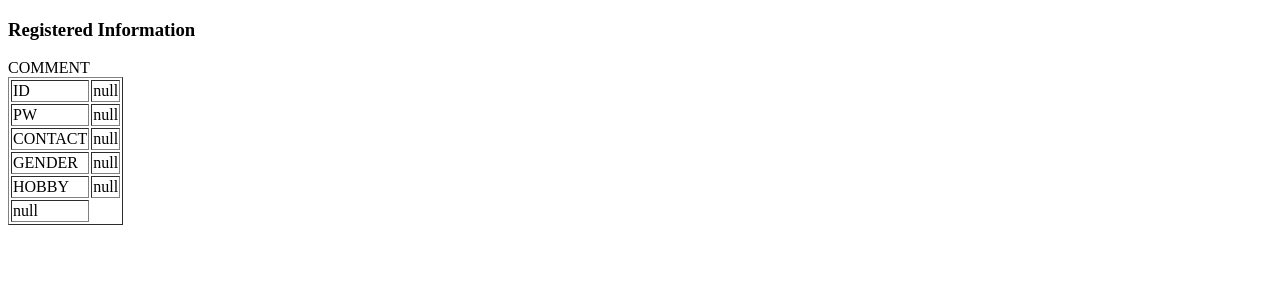
Repository: yeobleeme/06_jsp_basic
Page: http://localhost/jsp01_basic/exercise/jsp_member_process.jsp
These files come from the project's save history. The page is drawn as it stood at one moment and after the next save; the edit follows.
The browser window is 1280 px wide. The pictures show the whole page.
The page is served by Tomcat 9. Nobody is signed in. The application's start-up code is not run.

Above is the page before, as saved 2023-05-10 08:04:52.

After the next save:
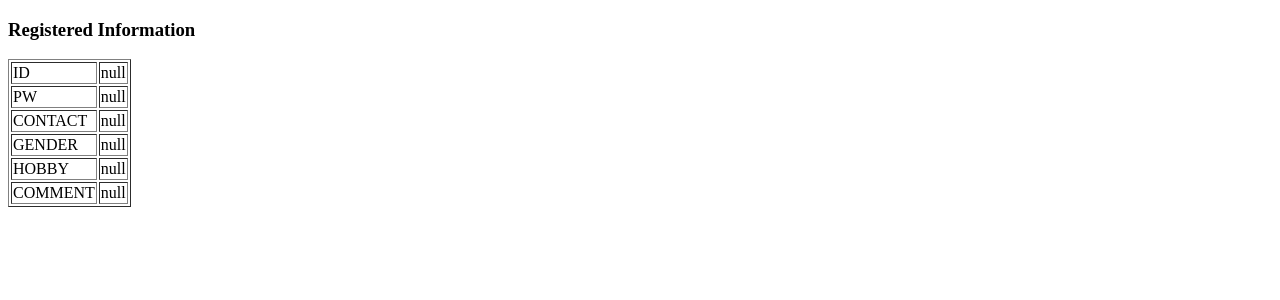
Saved 13 s later.
--- a/jsp01_basic/WebContent/exercise/jsp_member_process.jsp
+++ b/jsp01_basic/WebContent/exercise/jsp_member_process.jsp
@@ -46,7 +46,8 @@
 			}
 		}
 	%>
-	<tr>COMMENT
+	<tr>
+	<td>COMMENT</td>
 	<td><%= request.getParameter("comment") %></td>
 	</tr>
 	</table>
